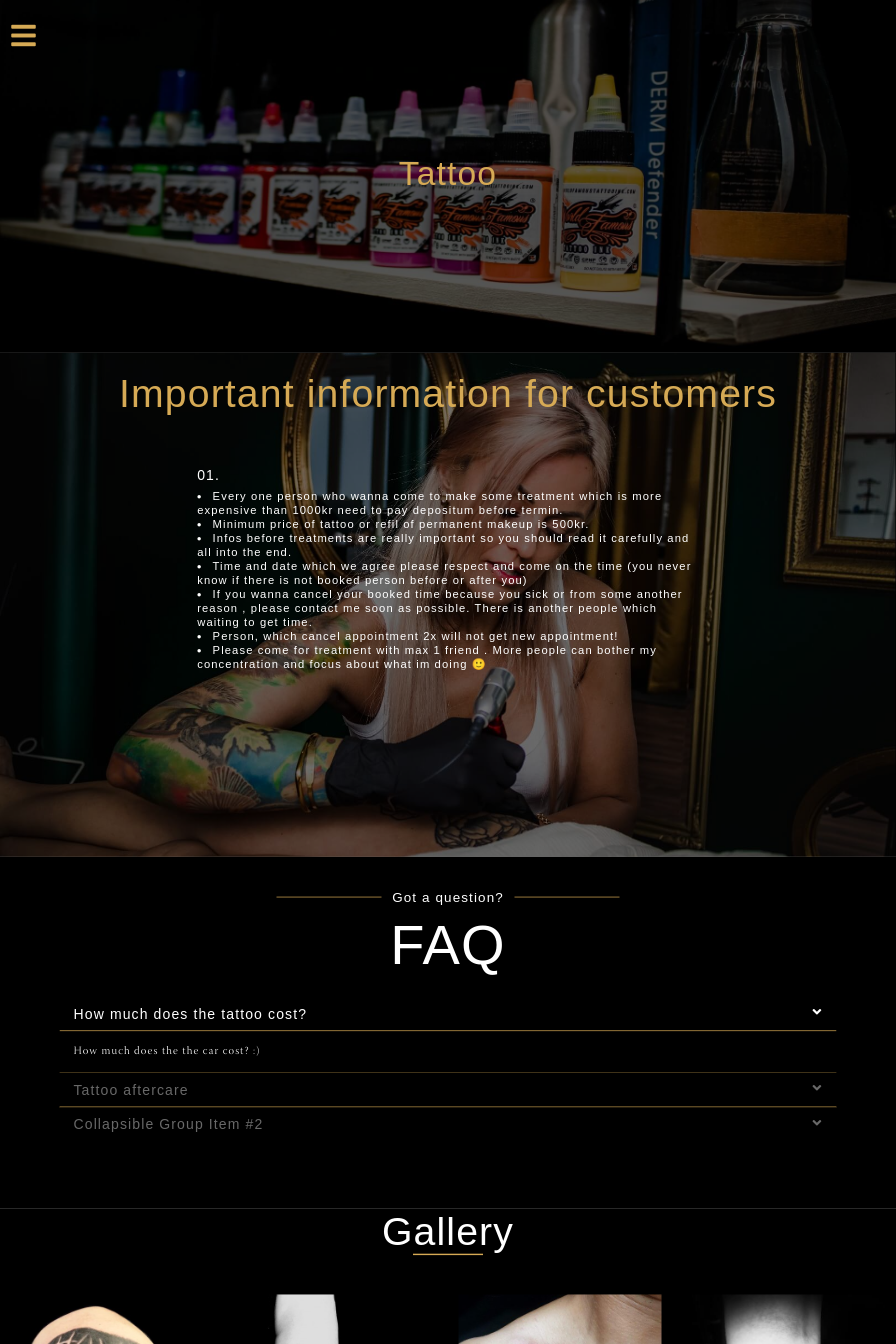
Repository: Spreceriany/TattooWeb
Page: tattoo-en.html
An editor plug-in stored every save of this project. The page is shown before and after the next save, followed by the edit.
The browser window is 1280 px wide. The pictures show the part of the page from y = 0 to 1920 px (the page is 3497 px tall), at 70% of full size.
Backgrounds fixed to the window are drawn as part of the page. Some web fonts or font styles are not loaded; a fallback is used. Some web libraries are served in a nearby version.

Above is the page before, as saved 2020-04-23 19:11:32.
Console error: TypeError: Cannot read properties of null (reading 'addEventListener')

After the next save:
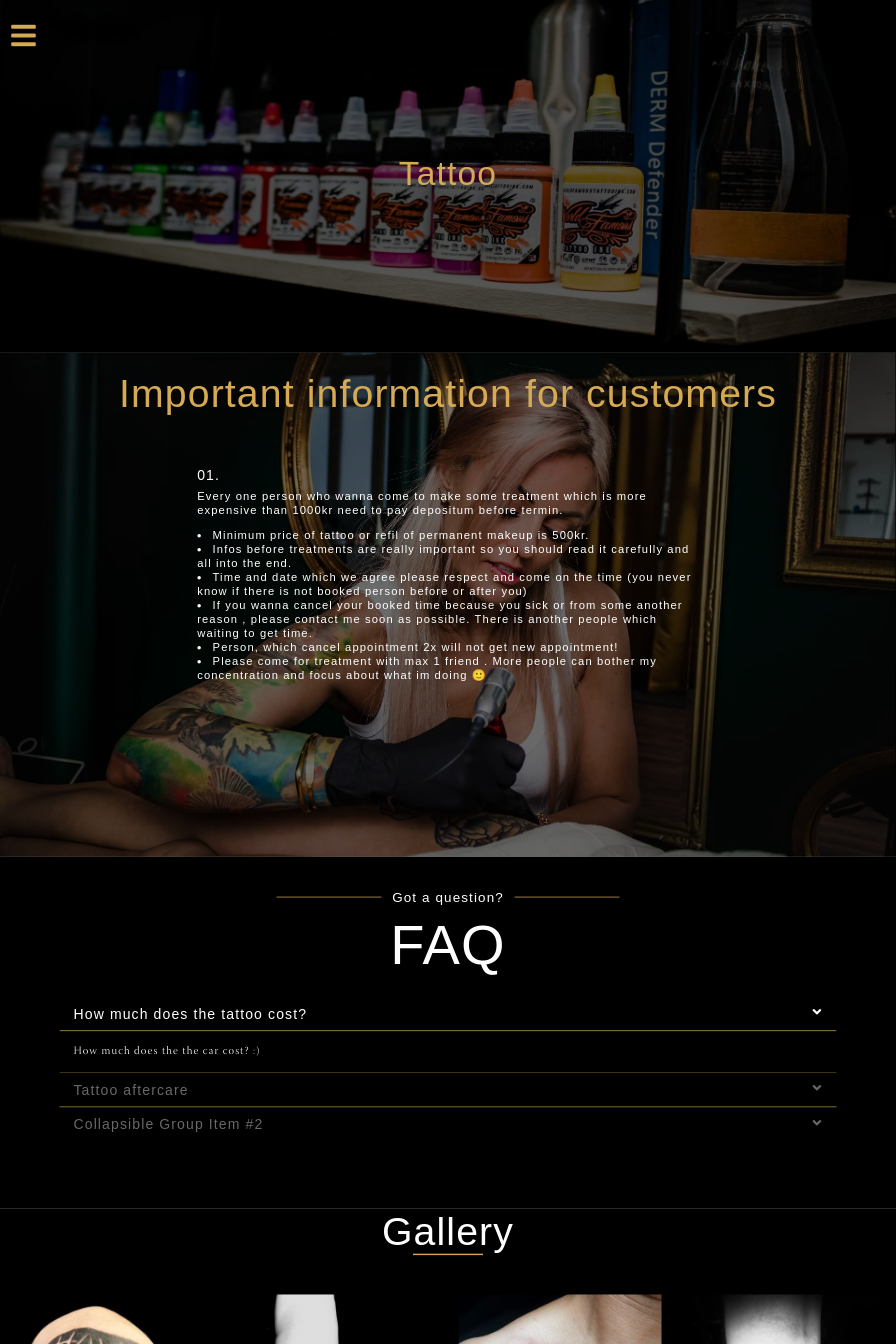
Saved 24 s later.
--- a/tattoo-en.html
+++ b/tattoo-en.html
@@ -80,7 +80,7 @@
 
           <div class="text-white">
             <h5 class="inline-block">01.</h5>
-            <li>Every one person who wanna come to make some treatment which is more expensive than 1000kr need to pay depositum before termin. </li>
+            <p>Every one person who wanna come to make some treatment which is more expensive than 1000kr need to pay depositum before termin. </p>
             <li>Minimum price of tattoo or refil of permanent makeup is 500kr.</li>
             <li>Infos before treatments are really important so you should read it carefully and all into the end. </li>
             <li> Time and date which we agree please respect and come on the time (you never know if there is not booked person before or after you) </li>
